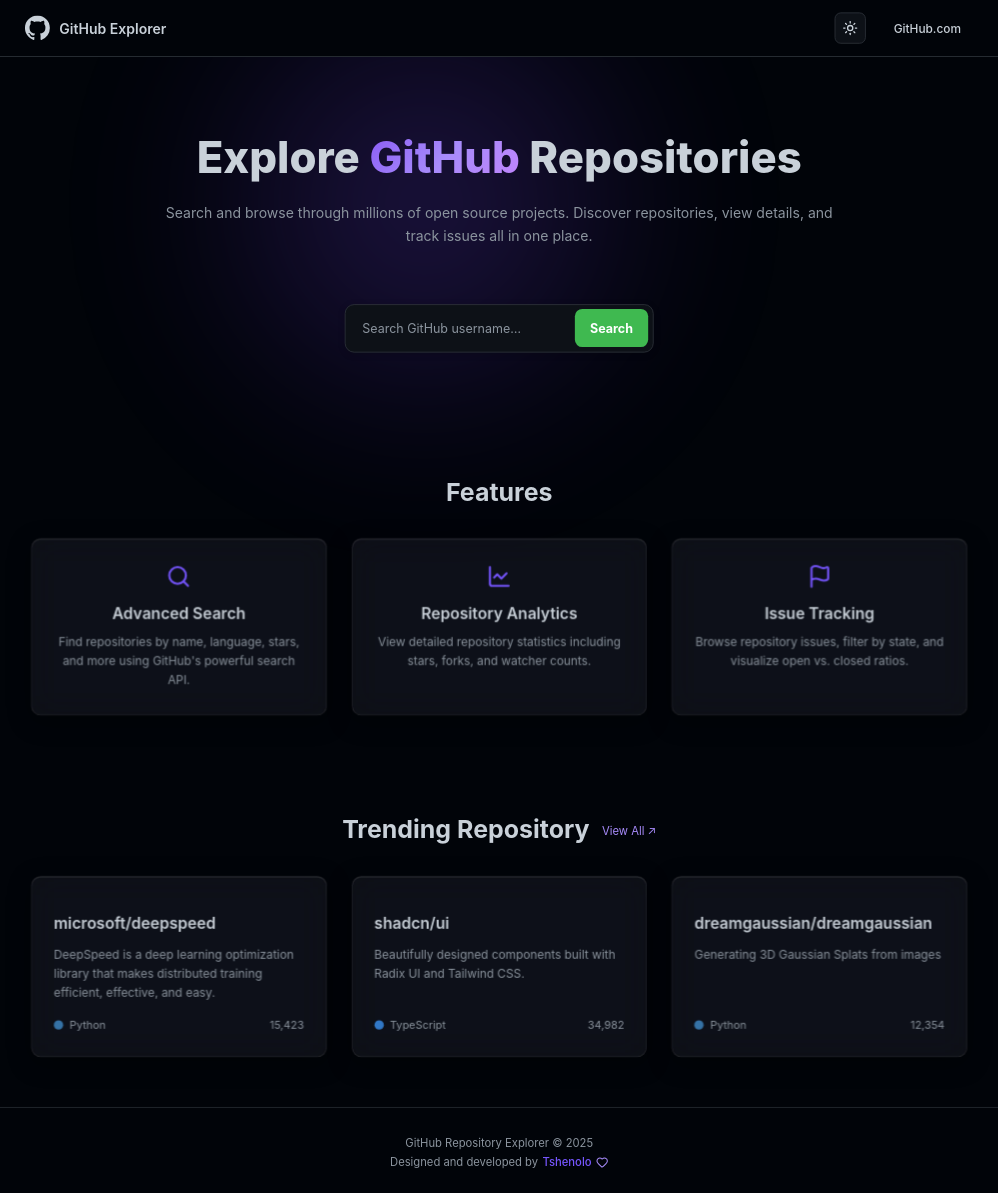
Repository: Tshenolo1994/username-repo
Page: /
An editor plug-in stored every save of this project. The page is shown before and after a run of saves, followed by the edit.
The browser window is 1280 px wide. The pictures show the whole page, at 78% of full size.
The project was rebuilt for these pictures with package versions that can differ from the ones it lists, and the page was loaded fresh each time. Also part of the build but not shown: vite.config.ts, src/views/RepoView.vue.

Above is the page before, as saved 2025-10-27 11:04:17.

### index.html
<!doctype html>
<html lang="en">
  <head>
    <meta charset="UTF-8" />
    <link rel="icon" type="image/svg+xml" href="/vite.svg" />
    <meta name="viewport" content="width=device-width, initial-scale=1.0" />
    <title>commit-explorer</title>
  </head>
  <body>
    <div id="app"></div>
    <script type="module" src="/src/main.ts"></script>
  </body>
</html>

### src/main.ts
import { createApp } from 'vue'
import { createPinia } from 'pinia'
import App from './App.vue'
import router from './router'
import './styles/theme.css'

createApp(App)
  .use(createPinia())
  .use(router)
  .mount('#app')

### src/App.vue
<!-- App.vue or Layout.vue -->
<script setup>
import Header from '@/components/Header.vue';
import Footer from '@/components/Footer.vue';
</script>

<template>
  <div id="app">
    <Header />
    <main>
      <router-view />
    </main>
    <Footer />
  </div>
</template>

### src/router/index.ts
import { createRouter, createWebHistory } from 'vue-router'
import HomeView from '@/views/HomeView.vue'
import RepoView from '@/views/RepoView.vue'

const router = createRouter({
  history: createWebHistory(),
  routes: [
    { path: '/', name: 'home', component: HomeView },
    { path: '/repos/:username', name: 'repos', component: RepoView, props: true },
  ],
  scrollBehavior: () => ({ top: 0 }),
})

export default router

### src/styles/theme.css
:root {

    --bg: #010409;
    --bg-elev: #0d1117;
    --border: #30363d;
    --text: #c9d1d9;
    --muted: #8b949e;
    --button-bg: #161b22;
    --button-accent: #3fb950;
    --link: #7656FE;
    --error-text: #ff7b72;
    --error-bg: rgba(248, 81, 73, 0.1);
    --empty-state-bg: rgba(13, 17, 23, 0.5);
  }

  html, body, #app {
    margin: 0;
    padding: 0;
    background: var(--bg);
    color: var(--text);
    font-family: 'Inter', system-ui, -apple-system, BlinkMacSystemFont, 'Segoe UI', sans-serif;
    transition: background 0.3s ease, color 0.3s ease;
  }

  * {
    box-sizing: border-box;
  }

  h1, h2, h3, h4, h5, h6 {
    line-height: 1.2;
    margin: 0;
  }

  p {
    margin: 0.25rem 0 0;
  }

  a {
    color: var(--link);
    text-decoration: none;
  }

  button {
    font-family: inherit;
    border: none;
    outline: none;
  }

  input, textarea, select {
    font-family: inherit;
  }

  .card {
    background: var(--bg-elev);
    border: 1px solid var(--border);
    border-radius: 0.75rem;
    padding: 1rem;
    box-shadow: 0 1px 2px rgba(0, 0, 0, 0.15);
  }

### src/components/Header.vue
<script setup lang="ts">
import { Sun, Moon } from 'lucide-vue-next';
import { useTheme } from '@/composables/useTheme';

const { isDark, toggleTheme } = useTheme();
</script>

<template>
  <header class="header">
    <div class="header-content">
      <div class="logo">
        <svg width="32" height="32" viewBox="0 0 16 16" fill="currentColor">
          <path d="M8 0C3.58 0 0 3.58 0 8c0 3.54 2.29 6.53 5.47 7.59.4.07.55-.17.55-.38 0-.19-.01-.82-.01-1.49-2.01.37-2.53-.49-2.69-.94-.09-.23-.48-.94-.82-1.13-.28-.15-.68-.52-.01-.53.63-.01 1.08.58 1.23.82.72 1.21 1.87.87 2.33.66.07-.52.28-.87.51-1.07-1.78-.2-3.64-.89-3.64-3.95 0-.87.31-1.59.82-2.15-.08-.2-.36-1.02.08-2.12 0 0 .67-.21 2.2.82.64-.18 1.32-.27 2-.27.68 0 1.36.09 2 .27 1.53-1.04 2.2-.82 2.2-.82.44 1.1.16 1.92.08 2.12.51.56.82 1.27.82 2.15 0 3.07-1.87 3.75-3.65 3.95.29.25.54.73.54 1.48 0 1.07-.01 1.93-.01 2.2 0 .21.15.46.55.38A8.013 8.013 0 0016 8c0-4.42-3.58-8-8-8z"/>
        </svg>
        <span class="logo-text">GitHub Explorer</span>
      </div>

      <nav class="nav">
        <button @click="toggleTheme" class="theme-toggle" :aria-label="isDark ? 'Switch to light mode' : 'Switch to dark mode'">
          <Sun v-if="isDark" :size="20" />
          <Moon v-else :size="20" />
        </button>
        <a href="https://github.com" target="_blank" rel="noreferrer" class="github-link">
          GitHub.com
        </a>
      </nav>
    </div>
  </header>
</template>

<style scoped>
.header {
  background: var(--bg);
  border-bottom: 1px solid var(--border);
  padding: 1rem 2rem;
  position: sticky;
  top: 0;
  z-index: 100;
  backdrop-filter: blur(8px);
  transition: background 0.3s, border-color 0.3s;
}

.header-content {
  max-width: 1400px;
  margin: 0 auto;
  display: flex;
  justify-content: space-between;
  align-items: center;
}

.logo {
  display: flex;
  align-items: center;
  gap: 0.75rem;
  color: var(--text);
  font-weight: 600;
  font-size: 1.125rem;
  cursor: pointer;
  transition: color 0.2s;
}

.logo:hover {
  color: var(--link);
}

.logo svg {
  flex-shrink: 0;
}

.logo-text {
  font-weight: 600;
}

.nav {
  display: flex;
  align-items: center;
  gap: 1.25rem;
}

.theme-toggle {
  background: var(--bg-elev);
  border: 1px solid var(--border);
  border-radius: 8px;
  width: 40px;
  height: 40px;
  display: flex;
  align-items: center;
  justify-content: center;
  cursor: pointer;
  color: var(--text);
  transition: all 0.2s;
}

.theme-toggle:hover {
  background: var(--border);
  transform: rotate(15deg);
}

.github-link {
  color: var(--text);
  text-decoration: none;
  font-size: 0.95rem;
  font-weight: 500;
  padding: 0.5rem 1rem;
  border-radius: 6px;
  transition: all 0.2s;
}

.github-link:hover {
  color: var(--link);
  background: var(--bg-elev);
}

@media (max-width: 640px) {
  .header {
    padding: 1rem;
  }

  .logo-text {
    display: none;
  }
}
</style>

### src/components/Footer.vue
<script setup lang="ts">
import { Heart } from 'lucide-vue-next';

const currentYear = new Date().getFullYear();
</script>

<template>
  <footer class="footer">
    <div class="footer-content">
      <p class="footer-text">
        GitHub Repository Explorer © {{ currentYear }}
      </p>
      <p class="footer-credits">
        Designed and developed by <a href="#" class="footer-link">Tshenolo</a>
        <Heart :size="16" class="heart-icon" />
      </p>
    </div>
  </footer>
</template>

<style scoped>
.footer {
  background: var(--bg);
  border-top: 1px solid var(--border);
  padding: 2rem;
  margin-top: auto;
  transition: background 0.3s, border-color 0.3s;
}

.footer-content {
  max-width: 1400px;
  margin: 0 auto;
  text-align: center;
}

.footer-text {
  color: var(--muted);
  font-size: 0.9rem;
  margin-bottom: 0.5rem;
}

.footer-credits {
  color: var(--muted);
  font-size: 0.9rem;
  margin: 0;
  display: flex;
  align-items: center;
  justify-content: center;
  gap: 0.35rem;
}

.heart-icon {
  color: #a78bfa;
  fill: none;
}

.footer-link {
  color: var(--link);
  text-decoration: none;
  font-weight: 500;
  transition: opacity 0.2s;
}

.footer-link:hover {
  opacity: 0.8;
}

@media (max-width: 640px) {
  .footer {
    padding: 1.5rem 1rem;
  }

  .footer-text,
  .footer-credits {
    font-size: 0.85rem;
  }
}
</style>

### src/views/HomeView.vue
<script setup lang="ts">
import { ref } from "vue";
import { useRouter } from "vue-router";
import { Search, LineChart, Flag } from "lucide-vue-next";

import SearchBar from '@/components/SearchBar.vue';
const features = ref([
  {
    id: 1,
    icon: Search,
    title: "Advanced Search",
    description: "Find repositories by name, language, stars, and more using GitHub's powerful search API.",
  },
  {
    id: 2,
    icon: LineChart,
    title: "Repository Analytics",
    description: "View detailed repository statistics including stars, forks, and watcher counts.",
  },
  {
    id: 3,
    icon: Flag,
      title: "Issue Tracking",
    description: "Browse repository issues, filter by state, and visualize open vs. closed ratios.",
  },
]);


const trendingRepos = ref([
  {
    id: 1,
    name: "microsoft/deepspeed",
    stars: 15423,
    description:
      "DeepSpeed is a deep learning optimization library that makes distributed training efficient, effective, and easy.",
    language: "Python",
  },
  {
    id: 2,
    name: "shadcn/ui",
    stars: 34982,
    description:
      "Beautifully designed components built with Radix UI and Tailwind CSS.",
    language: "TypeScript",
  },
  {
    id: 3,
    name: "dreamgaussian/dreamgaussian",
    stars: 12354,
    description: "Generating 3D Gaussian Splats from images",
    language: "Python",
  },
]);

const router = useRouter();
const username = ref("");

function search() {
  if (username.value.trim()) {
    router.push(`/repos/${username.value.trim()}`);
  }
}

function getLangColor(lang: string): string {
  const colors: Record<string, string> = {
    JavaScript: "#f1e05a",
    TypeScript: "#3178c6",
    Python: "#3572A5",
    Java: "#b07219",
    Go: "#00ADD8",
    Ruby: "#701516",
  };
  return colors[lang] || "#6e7681";
}
</script>

<template>
  <div class="home-page">
    <div class="gradient-ball"></div>

    <section class="hero">
      <div class="hero-content">
        <h1 class="hero-title">
          Explore <span class="gradient-text">GitHub</span> Repositories
        </h1>
        <p class="hero-sub">
          Search and browse through millions of open source projects. Discover
          repositories, view details, and track issues all in one place.
        </p>

        <div class="search-box">
            <div class="search-wrapper">
        <SearchBar />
      </div>
        </div>
      </div>
    </section>

    <!-- Features -->
    <section class="section">
      <div class="section-header">
        <h2>Features</h2>
      </div>

      <div class="grid">
        <div
          v-for="feature in features"
          :key="feature.id"
          class="card glass"
        >
          <component :is="feature.icon" class="icon" :size="32" />
          <h3>{{ feature.title }}</h3>
          <p>{{ feature.description }}</p>
        </div>
      </div>
    </section>

    <!-- Trending -->
    <section class="section">
      <div class="section-header">
        <h2>Trending Repository</h2>
        <a
          href="https://github.com/trending"
          target="_blank"
          rel="noreferrer"
          class="view-all"
        >
          View All ↗
        </a>
      </div>

      <div class="grid">
        <div
          v-for="repo in trendingRepos"
          :key="repo.id"
          class="card glass repo-card"
        >
          <h3 class="repo-name">{{ repo.name }}</h3>
          <p class="repo-desc">{{ repo.description }}</p>
          <div class="repo-meta">
            <div class="lang">
              <span
                class="dot"
                :style="{ backgroundColor: getLangColor(repo.language) }"
              ></span>
              <span>{{ repo.language }}</span>
            </div>
            <div class="stars">
              <svg
                class="star"
                fill="currentColor"
                viewBox="0 0 16 16"
              >
                <path
                  d="M8 .25a.75.75 0 01.673.418l1.882 3.815 4.21.612a.75.75 0 01.416 1.279l-3.046 2.97.719 4.192a.75.75 0 01-1.088.791L8 12.347l-3.766 1.98a.75.75 0 01-1.088-.79l.72-4.194L.818 6.374a.75.75 0 01.416-1.28l4.21-.611L7.327.668A.75.75 0 018 .25z"
                />
              </svg>
              {{ repo.stars.toLocaleString() }}
            </div>
          </div>
        </div>
      </div>
    </section>
  </div>
</template>

<style scoped>
.home-page {
  background: var(--bg);
  color: var(--text);
  min-height: 100vh;
  width: 100%;
  overflow-x: hidden;
  position: relative;
  transition: background 0.3s, color 0.3s;
}

.gradient-ball {
  position: absolute;
  top: -100px;
  left: 50%;
  transform: translateX(-50%);
  width: 600px;
  height: 600px;
  border-radius: 50%;
  background: radial-gradient(circle at center, var(--link) 0%, rgba(124, 58, 237, 0.6) 30%, transparent 70%);
  opacity: 0.3;
  filter: blur(100px);
  z-index: 0;
  animation: float 15s ease-in-out infinite;
  transition: background 0.3s;
}

@keyframes float {
  0% {
    transform: translate(-50%, 0) scale(1);
  }
  25% {
    transform: translate(-80%, -40px) scale(1.2);
  }
  50% {
    transform: translate(-20%, 80px) scale(0.85);
  }
  75% {
    transform: translate(-70%, 30px) scale(1.15);
  }
  100% {
    transform: translate(-50%, 0) scale(1);
  }
}

/* Hero Section */
.hero {
  padding: 6rem 2rem 4rem;
  position: relative;
  z-index: 10;
}

.hero-content {
  max-width: 900px;
  margin: 0 auto;
  text-align: center;
}

.hero-title {
  font-size: 3.5rem;
  font-weight: 800;
  margin-bottom: 1.5rem;
  line-height: 1.2;
}

.gradient-text {
  background: linear-gradient(135deg, #8b5cf6 0%, #a78bfa 50%, #c084fc 100%);
  -webkit-background-clip: text;
  -webkit-text-fill-color: transparent;
  background-clip: text;
}

.hero-sub {
  color: var(--muted);
  font-size: 1.125rem;
  margin-bottom: 2.5rem;
  line-height: 1.6;
}

.search-box {
  display: flex;
  justify-content: center;
  gap: 0.75rem;
  max-width: 600px;
  margin: 0 auto;
}

.search-input {
  padding: 0.875rem 1.25rem;
  border-radius: 8px;
  flex: 1;
  background: var(--bg-elev);
  color: var(--text);
  border: 1px solid var(--border);
  font-size: 0.95rem;
  transition: all 0.2s;
}

.search-input:focus {
  outline: none;
  border-color: var(--link);
  background: var(--bg-elev);
}

.search-input::placeholder {
  color: var(--muted);
}

.search-btn {
  background: var(--button-accent);
  color: white;
  padding: 0.875rem 2rem;
  border-radius: 8px;
  font-weight: 600;
  cursor: pointer;
  border: none;
  font-size: 0.95rem;
  transition: all 0.2s;
}

/* .search-btn:hover {
  background: #2ea043;
  transform: translateY(-1px);
} */

/* Shared Section Styling */
.section {
  padding: 4rem 2rem;
  position: relative;
  z-index: 10;
}

.section-header {
  display: flex;
  align-items: center;
  justify-content: center;
  gap: 1rem;
  margin-bottom: 2.5rem;
}

.section-header h2 {
  font-size: 2rem;
  font-weight: 700;
  color: var(--text);
}

.view-all {
  color: #a78bfa;
  font-size: 0.9rem;
  text-decoration: none;
  display: flex;
  align-items: center;
  gap: 0.25rem;
  transition: all 0.2s;
}

.view-all:hover {
  color: #c084fc;
  transform: translateX(2px);
}

/* Grid + Cards */
.grid {
  display: grid;
  grid-template-columns: repeat(3, 1fr);
  gap: 2rem;
  max-width: 1200px;
  margin: 0 auto;
}

@media (max-width: 980px) {
  .grid {
    grid-template-columns: 1fr;
  }
  .hero-title {
    font-size: 2.5rem;
  }
}

.card {
  padding: 2rem 1.75rem;
  border-radius: 12px;
  text-align: center;
  transition: all 0.3s ease;
}

.card:hover {
  transform: translateY(-6px);
}

/* Glass look */
.glass {
  background: rgba(255, 255, 255, 0.05);
  border: 1px solid rgba(255, 255, 255, 0.1);
  backdrop-filter: blur(20px) saturate(180%);
  box-shadow: 0 8px 32px rgba(0, 0, 0, 0.4),
              inset 0 1px 0 rgba(255, 255, 255, 0.1);
  transition: all 0.3s ease;
}

[data-theme="light"] .glass {
  background: rgba(255, 255, 255, 0.7);
  border: 1px solid rgba(255, 255, 255, 0.3);
  backdrop-filter: blur(20px) saturate(180%);
  box-shadow: 0 8px 32px rgba(0, 0, 0, 0.1),
              inset 0 1px 0 rgba(255, 255, 255, 0.5);
}

.glass:hover {
  background: rgba(255, 255, 255, 0.08);
  border: 1px solid rgba(255, 255, 255, 0.15);
  box-shadow: 0 12px 40px rgba(0, 0, 0, 0.5),
              inset 0 1px 0 rgba(255, 255, 255, 0.15);
}

[data-theme="light"] .glass:hover {
  background: rgba(255, 255, 255, 0.85);
  border: 1px solid rgba(255, 255, 255, 0.4);
  box-shadow: 0 12px 40px rgba(0, 0, 0, 0.15),
              inset 0 1px 0 rgba(255, 255, 255, 0.6);
}

.card h3 {
  font-size: 1.25rem;
  font-weight: 600;
  margin: 1rem 0 0.75rem;
  color: var(--text);
}

.card p {
  color: var(--muted);
  font-size: 0.95rem;
  line-height: 1.6;
}

.icon {
  color: var(--link);
  margin: 0 auto;
}

/* Trending Repo cards */
.repo-card {
  text-align: left;
  display: flex;
  flex-direction: column;
}

.repo-name {
  color: var(--link);
  font-weight: 600;
  font-size: 1.1rem;
  margin: 0 0 0.75rem 0;
  transition: color 0.2s;
  min-height: 1.5rem;
}

.repo-card:hover .repo-name {
  color: var(--link);
  opacity: 0.8;
}

.repo-desc {
  color: var(--muted);
  font-size: 0.9rem;
  margin-bottom: 1.25rem;
  line-height: 1.5;
  flex: 1;
  min-height: 3rem;
}

.repo-meta {
  display: flex;
  justify-content: space-between;
  align-items: center;
  font-size: 0.875rem;
  color: var(--muted);
  margin-top: auto;
}

.lang {
  display: flex;
  align-items: center;
}

.dot {
  display: inline-block;
  width: 12px;
  height: 12px;
  border-radius: 50%;
  margin-right: 0.5rem;
}

.stars {
  display: flex;
  align-items: center;
  gap: 0.35rem;
}
F
.star {
  width: 16px;
  height: 16px;
  color: #fbbf24;
}
</style>

### src/composables/useTheme.ts
import { ref, onMounted, watch } from 'vue';

export const darkTheme = {
  background: '#010409',
  surface: '#0d1117',
  border: '#30363d',
  text: '#c9d1d9',
  secondaryText: '#8b949e',
  buttonBg: '#161b22',
  buttonAccent: '#3fb950',
  linkColor: '#7656FE',
  errorText: '#ff7b72',
  errorBackground: 'rgba(248, 81, 73, 0.1)',
  emptyStateBackground: 'rgba(13, 17, 23, 0.5)',
};

export const lightTheme = {
  background: '#f6f6f6',
  surface: '#fbfefb',
  border: '#d0d7de',
  text: '#24292f',
  secondaryText: '#57606a',
  buttonBg: '#f6f8fa',
  buttonAccent: '#3fb950',
  linkColor: '#7656FE',
  errorText: '#cf222e',
  errorBackground: 'rgba(248, 81, 73, 0.05)',
  emptyStateBackground: 'rgba(246, 248, 250, 0.5)',
};

type Theme = typeof darkTheme;

const isDark = ref(true);

export function useTheme() {
  const theme = ref<Theme>(darkTheme);

  const applyTheme = (themeObj: Theme) => {
    const root = document.documentElement;
    root.style.setProperty('--bg', themeObj.background);
    root.style.setProperty('--bg-elev', themeObj.surface);
    root.style.setProperty('--border', themeObj.border);
    root.style.setProperty('--text', themeObj.text);
    root.style.setProperty('--muted', themeObj.secondaryText);
    root.style.setProperty('--button-bg', themeObj.buttonBg);
    root.style.setProperty('--button-accent', themeObj.buttonAccent);
    root.style.setProperty('--link', themeObj.linkColor);
    root.style.setProperty('--error-text', themeObj.errorText);
    root.style.setProperty('--error-bg', themeObj.errorBackground);
    root.style.setProperty('--empty-state-bg', themeObj.emptyStateBackground);
  };

  const toggleTheme = () => {
    isDark.value = !isDark.value;
    theme.value = isDark.value ? darkTheme : lightTheme;
    applyTheme(theme.value);
    localStorage.setItem('theme', isDark.value ? 'dark' : 'light');
  };

  const initTheme = () => {
    const savedTheme = localStorage.getItem('theme');
    if (savedTheme) {
      isDark.value = savedTheme == 'dark';
    } else {
      isDark.value = true;
    }
    theme.value = isDark.value ? darkTheme : lightTheme;
    applyTheme(theme.value);
  };

  onMounted(() => {
    initTheme();
  });

  return {
    isDark,
    theme,
    toggleTheme,
  };
}

### src/components/SearchBar.vue
<script setup lang="ts">
import { ref } from "vue"
import { useRouter } from "vue-router"

// router for navigation
const router = useRouter()

// input + error states
const username = ref("")
const validationError = ref("")

// validate and navigate
function searchUser() {
  validationError.value = ""

  const name = username.value.trim()
  const validPattern = /^[a-zA-Z0-9-]+$/

  if (!name) {
    validationError.value = "Please enter a username"
    return
  }

  if (!validPattern.test(name)) {
    validationError.value =
      "Username can only contain letters, numbers, and hyphens"
    return
  }

  // navigate to /repos/:username
  router.push({ name: "repos", params: { username: name } })

  // reset field (optional)
  username.value = ""
}
</script>

<template>
  <div class="search">
    <form @submit.prevent="searchUser" class="search__form">
      <input
        v-model="username"
        type="text"
        placeholder="Search GitHub username…"
        class="search__input"
        aria-label="GitHub username"
      />
      <button type="submit" class="search__btn">Search</button>
    </form>

    <p v-if="validationError" class="search__error">{{ validationError }}</p>
  </div>
</template>

<style scoped>
.search {
  width: 100%;
  display: flex;
  justify-content: center;
  padding: 0 1rem;
  margin: 2rem 0;
}

.search__form {
  display: flex;
  align-items: center;
  gap: 0.5rem;
  width: min(100%, 720px);
  background: var(--bg-elev);
  border: 1px solid var(--border);
  border-radius: 0.75rem;
  padding: 0.35rem;
  box-shadow: 0 2px 10px rgba(0, 0, 0, 0.18);
}

.search__input {
  flex: 1;
  background: transparent;
  border: none;
  color: var(--text);
  font-size: 1rem;
  padding: 0.9rem 1rem;
  border-radius: 0.6rem;
  outline: none;
}

.search__input::placeholder {
  color: var(--muted);
}

.search__input:focus {
  box-shadow: inset 0 0 0 1px var(--border);
}

.search__btn {
  background: var(--button-accent);
  color: #fff;
  padding: 0.9rem 1.25rem;
  font-weight: 700;
  border-radius: 0.6rem;
  font-size: 1rem;
  border: none;
  cursor: pointer;
  transition: filter 0.15s ease;
}

.search__btn:hover {
  filter: brightness(0.95);
}

.search__error {
  color: var(--error-text);
  background: var(--error-bg);
  padding: 0.55rem 0.8rem;
  border-radius: 0.6rem;
  font-size: 0.9rem;
  margin-top: 0.6rem;
  width: min(100%, 720px);
  text-align: center;
}

@media (max-width: 640px) {
  .search__form {
    flex-direction: column;
    align-items: stretch;
    padding: 0.5rem;
  }

  .search__btn {
    width: 100%;
    min-width: 0;
  }
}
</style>

After the next 2 saves:
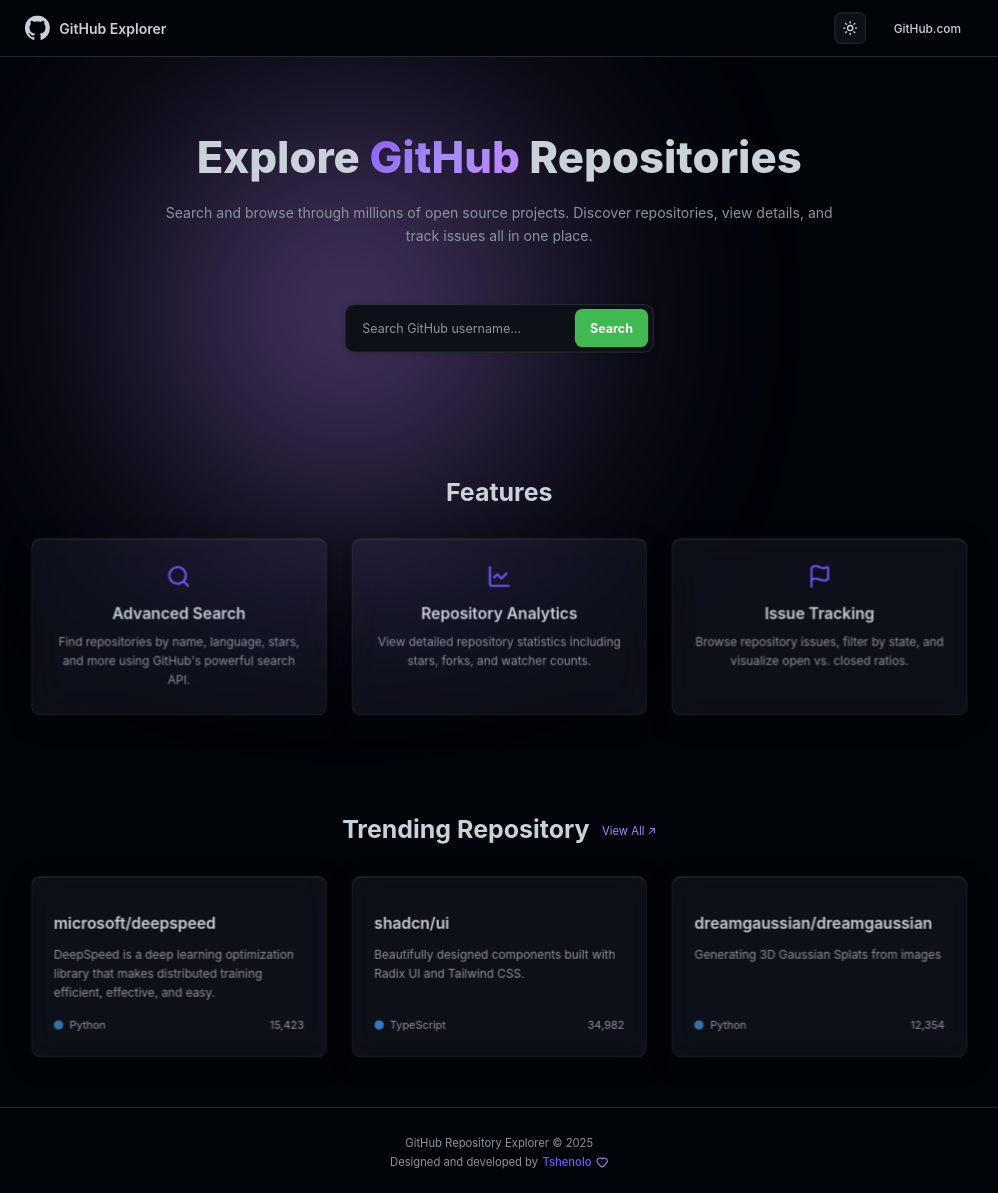
The 2 saves are shown as one change because they came seconds apart.
The last was saved 31 s later.
--- a/src/views/HomeView.vue
+++ b/src/views/HomeView.vue
@@ -174,42 +174,35 @@
   position: relative;
   transition: background 0.3s, color 0.3s;
 }
-
 .gradient-ball {
+  width: 400px;
+  height: 400px;
+  background: radial-gradient(circle, #6e40c9, #e9bdef);
+  border-radius: 50%;
   position: absolute;
-  top: -100px;
-  left: 50%;
-  transform: translateX(-50%);
-  width: 600px;
-  height: 600px;
-  border-radius: 50%;
-  background: radial-gradient(circle at center, var(--link) 0%, rgba(124, 58, 237, 0.6) 30%, transparent 70%);
-  opacity: 0.3;
-  filter: blur(100px);
+  filter: blur(150px);
+  opacity: 0.6;
   z-index: 0;
-  animation: float 15s ease-in-out infinite;
-  transition: background 0.3s;
-}
-
-@keyframes float {
+  animation: moveBall 15s infinite ease-in-out;
+}
+
+@keyframes moveBall {
   0% {
-    transform: translate(-50%, 0) scale(1);
+    transform: translate(0, 0) scale(1);
   }
   25% {
-    transform: translate(-80%, -40px) scale(1.2);
+    transform: translate(200px, 100px) scale(1.2);
   }
   50% {
-    transform: translate(-20%, 80px) scale(0.85);
+    transform: translate(400px, 200px) scale(1);
   }
   75% {
-    transform: translate(-70%, 30px) scale(1.15);
+    transform: translate(200px, 300px) scale(0.8);
   }
   100% {
-    transform: translate(-50%, 0) scale(1);
-  }
-}
-
-/* Hero Section */
+    transform: translate(0, 0) scale(1);
+  }
+}
 .hero {
   padding: 6rem 2rem 4rem;
   position: relative;
